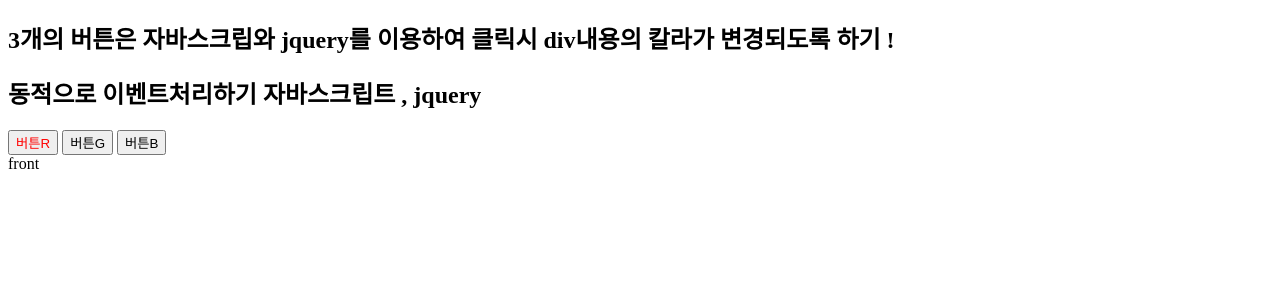
Repository: LeeJungHoon1/javaWeb
Page: ajaxPrj_09_6/src/main/webapp/실습과제.html
An editor plug-in stored every save of this project. The page is shown before and after the next save, followed by the edit.
The browser window is 1280 px wide. The pictures show the whole page.
After loading, the first visible `#btn1` was clicked once.

Above is the page before, as saved 2023-09-06 02:32:18.

### ajaxPrj_09_6/src/main/webapp/실습과제.html
<!DOCTYPE html>
<html>
<head>
<meta charset="UTF-8">
<title>Insert title here</title>
<script>

	function change1(){
		let div = document.getElementById("btn1");
		div.style.color="red";
	}


</script>
</head>
<body>

<h2> 3개의 버튼은 자바스크립와 jquery를 이용하여 클릭시  div내용의 칼라가 변경되도록 하기 ! </h2>

<h2>동적으로 이벤트처리하기 자바스크립트 , jquery </h2>
<button id="btn1" onclick="change1()">버튼R</button>
<button id="btn2" onclick="change2()">버튼G</button>
<button id="btn3" onclick="change3()">버튼B</button>

<div id="wrap">  front </div>
</body>
</html>

After the next save:
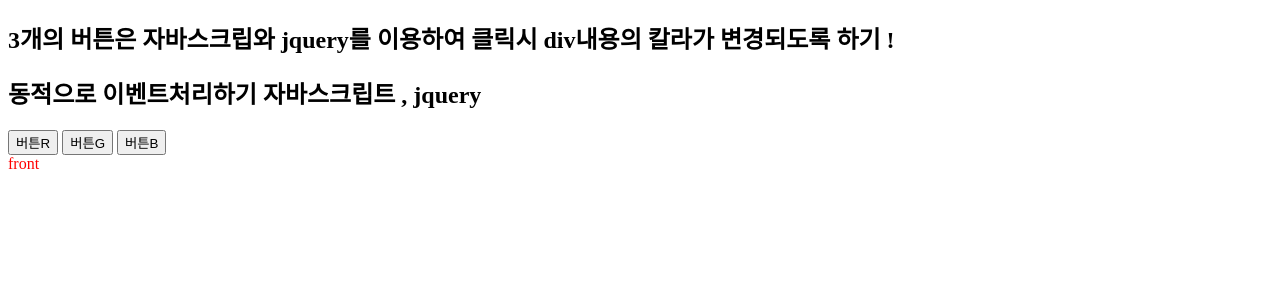
Saved 12 s later.
--- a/ajaxPrj_09_6/src/main/webapp/실습과제.html
+++ b/ajaxPrj_09_6/src/main/webapp/실습과제.html
@@ -6,7 +6,7 @@
 <script>
 
 	function change1(){
-		let div = document.getElementById("btn1");
+		let div = document.getElementById("wrap");
 		div.style.color="red";
 	}
 
